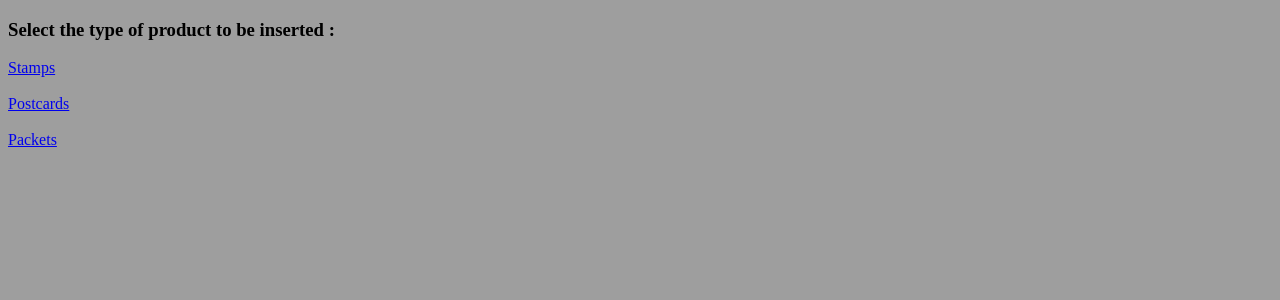
Repository: pratikmathur279/E-Postal-Services-1
Page: http://localhost/Project/addproducts.jsp
An editor plug-in stored every save of this project. The page is shown before and after the next save, followed by the edit.
The browser window is 1280 px wide. The pictures show the whole page.
The page is served by Tomcat 9.

Above is the page before, as saved 2014-07-27 07:06:16.

After the next save:
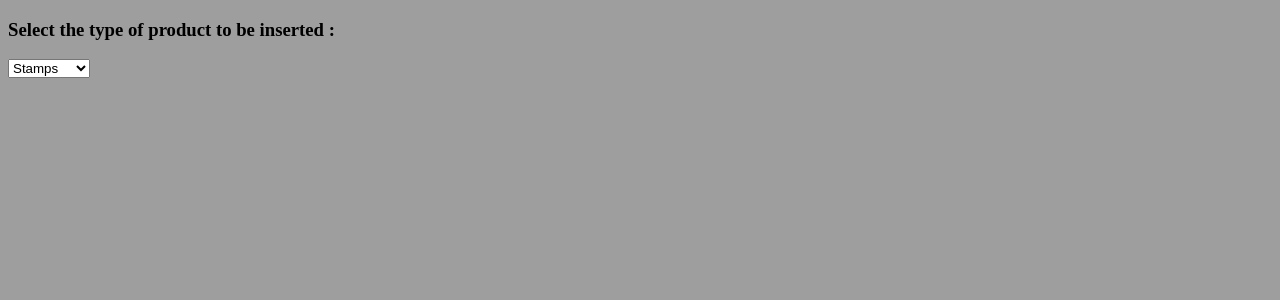
Saved 2 min 0 s later.
--- a/Project/WebContent/addproducts.jsp
+++ b/Project/WebContent/addproducts.jsp
@@ -9,10 +9,10 @@
 <body background="E:\Project\background_home.jpg">
 
 <h3>Select the type of product to be inserted : </h3>
-<a href="stamps_addproducts.jsp">Stamps</a><br><br>
-<a href="postcards_addproducts.jsp">Postcards</a><br><br>
-<a href="packets_addproducts.jsp">Packets</a>
-
+<select name="option">
+<option value="Stamps">Stamps</option>
+<option value="Postcards">Postcards</option>
+</select>
 
 </body>
 </html>
